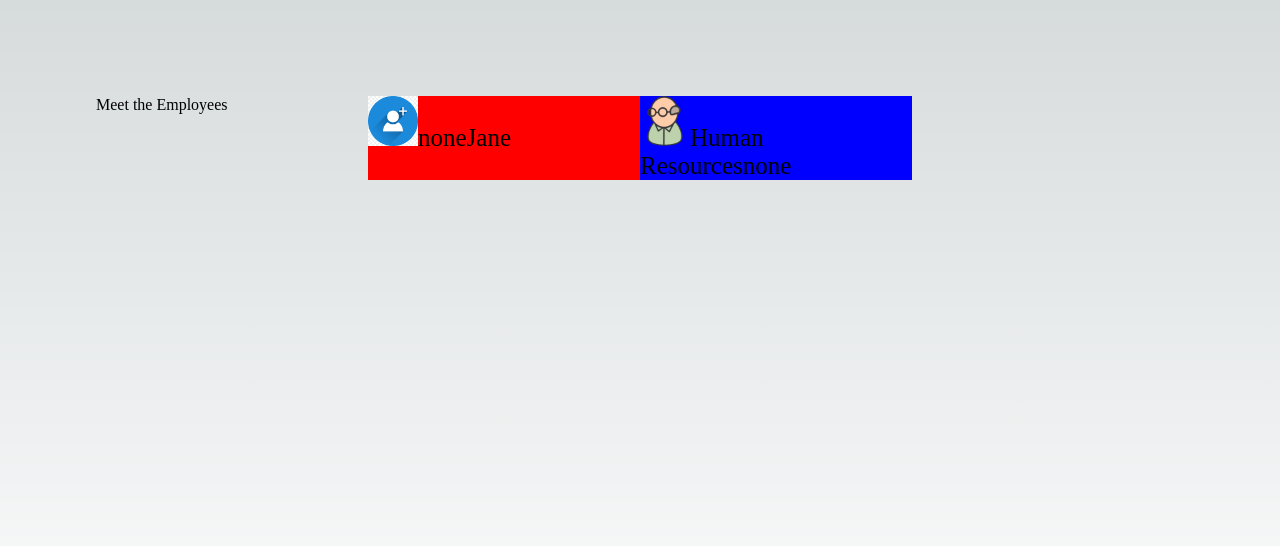
Repository: cheungglenda/MDIA2109-Week3
Page: /about
An editor plug-in stored every save of this project. The page is shown before and after the next save, followed by the edit.
The browser window is 1280 px wide. The pictures show the whole page.
The project was rebuilt for these pictures with package versions that can differ from the ones it lists, and the page was loaded fresh each time. The framework's server and built-in components were replaced by stand-ins that run in the browser. Also part of the build but not shown: next.config.js.

Above is the page before, as saved 2023-01-19 16:58:14.

After the next save:
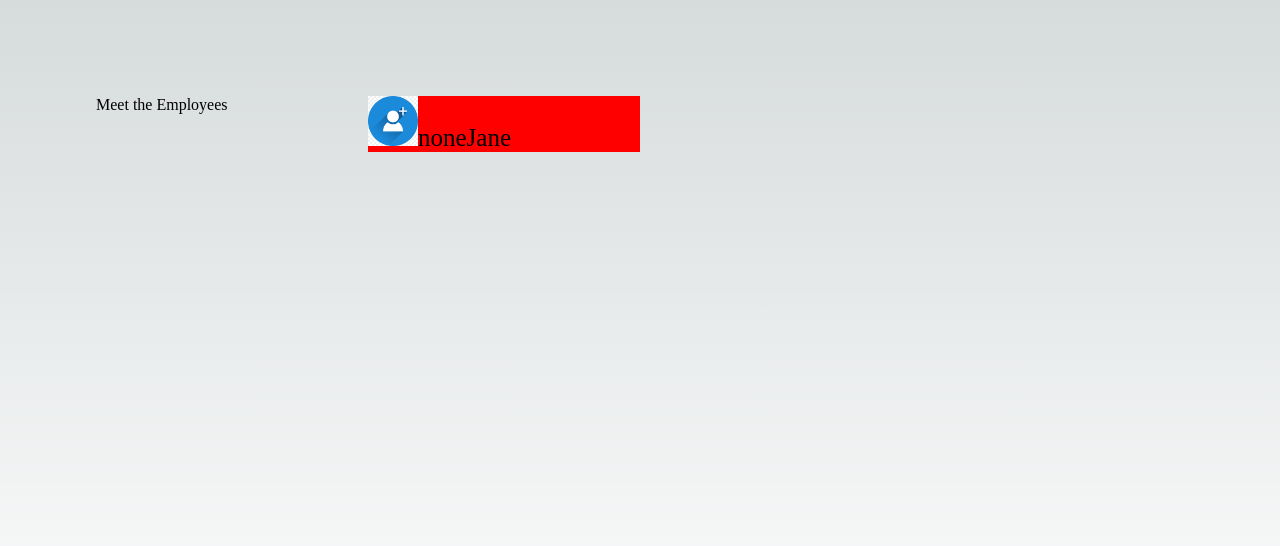
Saved 4 min 36 s later.
--- a/pages/about.js
+++ b/pages/about.js
@@ -31,7 +31,7 @@
           })}
 
           {aboutEmployees && aboutEmployees.map((info, index) => {
-            if(info.department.toLowerCase() === "human resources") {
+            if(info.firstName.toLowerCase() === "human resources") {
             return (
               <EmployeeCard key={index} department={info.department} color="blue" font="25px"/>
             )

After the save that followed:
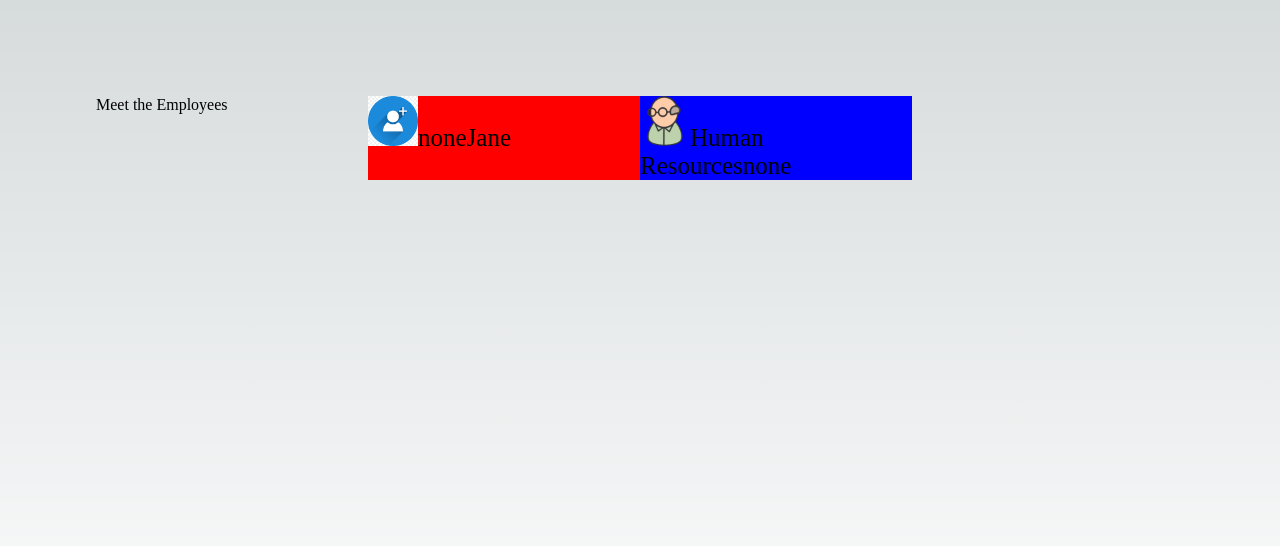
Saved 19 s later.
--- a/pages/about.js
+++ b/pages/about.js
@@ -31,7 +31,7 @@
           })}
 
           {aboutEmployees && aboutEmployees.map((info, index) => {
-            if(info.firstName.toLowerCase() === "human resources") {
+            if(info.firstName.toLowerCase() === "john") {
             return (
               <EmployeeCard key={index} department={info.department} color="blue" font="25px"/>
             )
